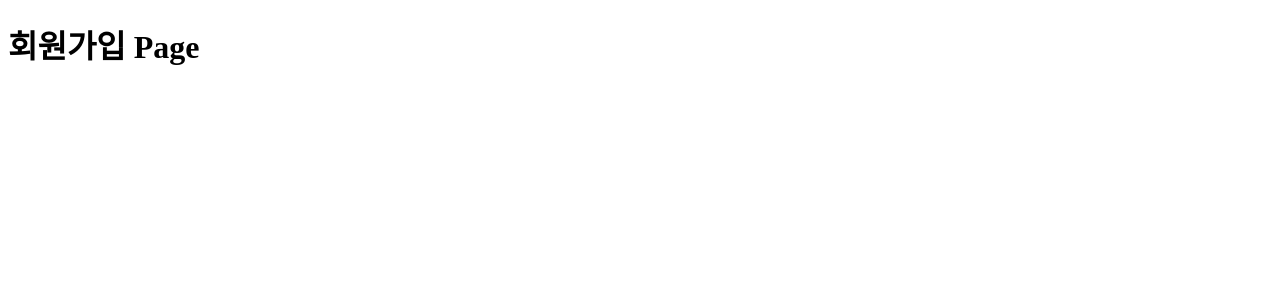
Repository: Umc404/jsp
Page: http://localhost/jsp_study/member/join.jsp
An editor plug-in stored every save of this project. The page is shown before and after the next save, followed by the edit.
The browser window is 1280 px wide. The pictures show the whole page.
The page is served by Tomcat 9. Other server files are loaded and not shown.

Above is the page before, as saved 2024-10-25 01:52:59.

### jsp_study/src/main/webapp/member/join.jsp
<%@ page language="java" contentType="text/html; charset=UTF-8"
    pageEncoding="UTF-8"%>
<!DOCTYPE html>
<html>
<head>
<meta charset="UTF-8">
<title>Insert title here</title>
</head>
<body>
	<h1>회원가입 Page</h1>

	<form action="/mem/register" method=""></form>
</body>
</html>

After the next save:
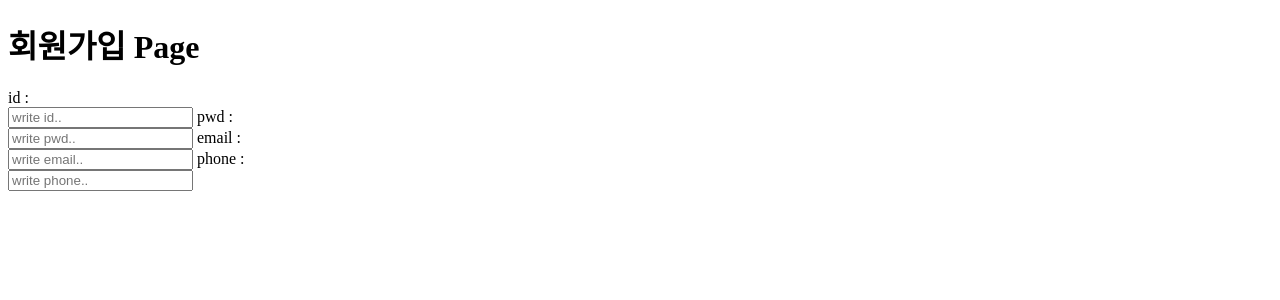
Saved 2 min 42 s later.
--- a/jsp_study/src/main/webapp/member/join.jsp
+++ b/jsp_study/src/main/webapp/member/join.jsp
@@ -9,6 +9,17 @@
 <body>
 	<h1>회원가입 Page</h1>
 
-	<form action="/mem/register" method=""></form>
+	<form action="/mem/register" method="">
+		id : <br>
+		<input type="text" name="id" placeholder="write id..">
+		pwd : <br>
+		<input type="text" name="pwd" placeholder="write pwd..">
+		email : <br>
+		<input type="text" name="email" placeholder="write email..">
+		phone : <br>
+		<input type="text" name="pwd" placeholder="write phone..">
+
+
+	</form>
 </body>
 </html>
